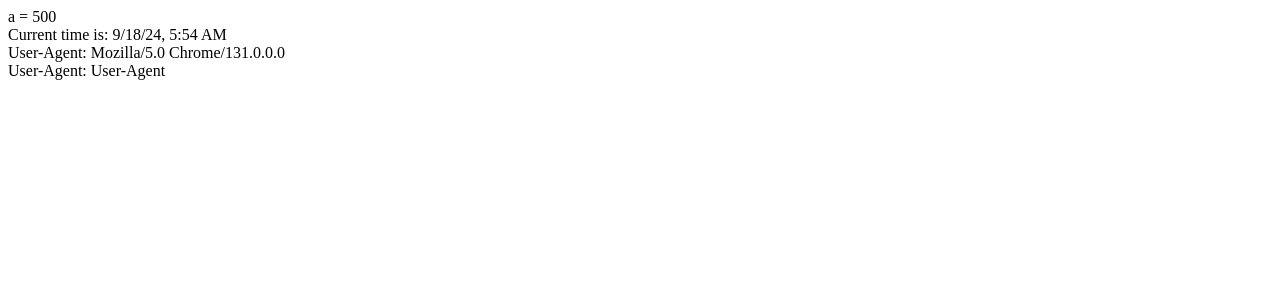
Repository: stanleydk4/JAVA_EE
Page: http://localhost/myWeb/hello.jsp
An editor plug-in stored every save of this project. The page is shown before and after the next save, followed by the edit.
The browser window is 1280 px wide. The pictures show the whole page.
The page is served by Tomcat 10.

Above is the page before, as saved 2024-09-19 06:02:31.

After the next save:
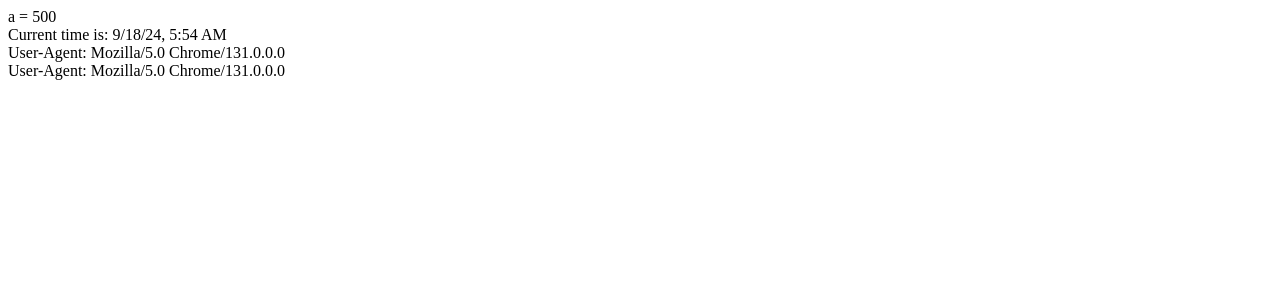
Saved 37 s later.
--- a/myWeb/src/main/webapp/hello.jsp
+++ b/myWeb/src/main/webapp/hello.jsp
@@ -17,6 +17,6 @@
 	<%// java commit %>
 	<%--JSP Comment --%><br/>
 	User-Agent: <%= request.getHeader("User-Agent") %><br/>
-	User-Agent: <% out.println("User-Agent"); %>
+	User-Agent: <% out.println(request.getHeader("User-Agent")); %>
 </body>
 </html>
